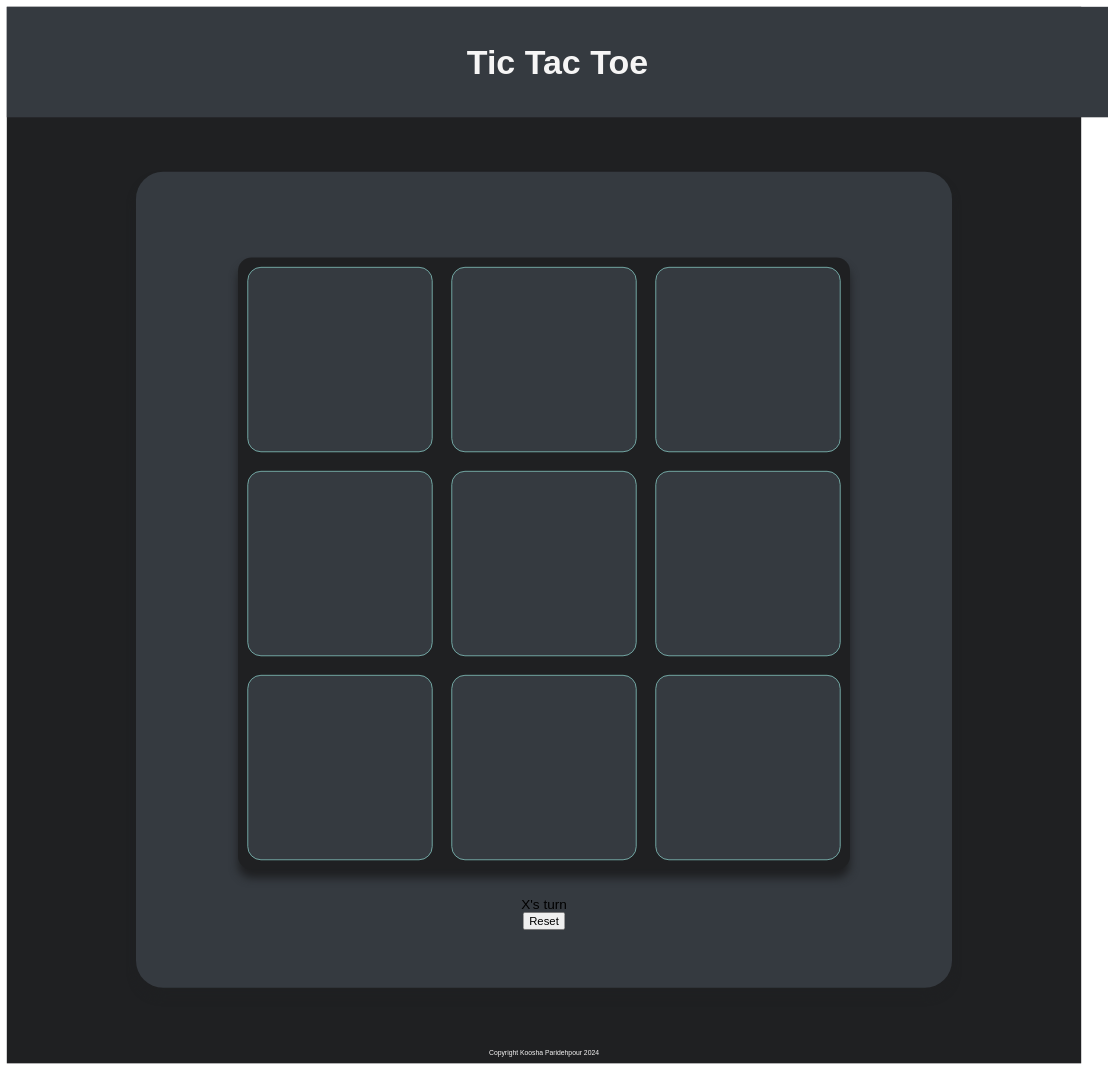
Repository: KooshaPari/odin-TTT
Page: index.html
These files come from the project's save history. The page is drawn as it stood at one moment and after the next save; the edit follows.
The browser window is 1280 px wide. The page is 1304 px wide, so the pictures cover 1304 px, including what lies to the right of the window. The pictures show the whole page, at 85% of full size.

Above is the page before, as saved 2024-03-14 22:55:32.

After the next save:
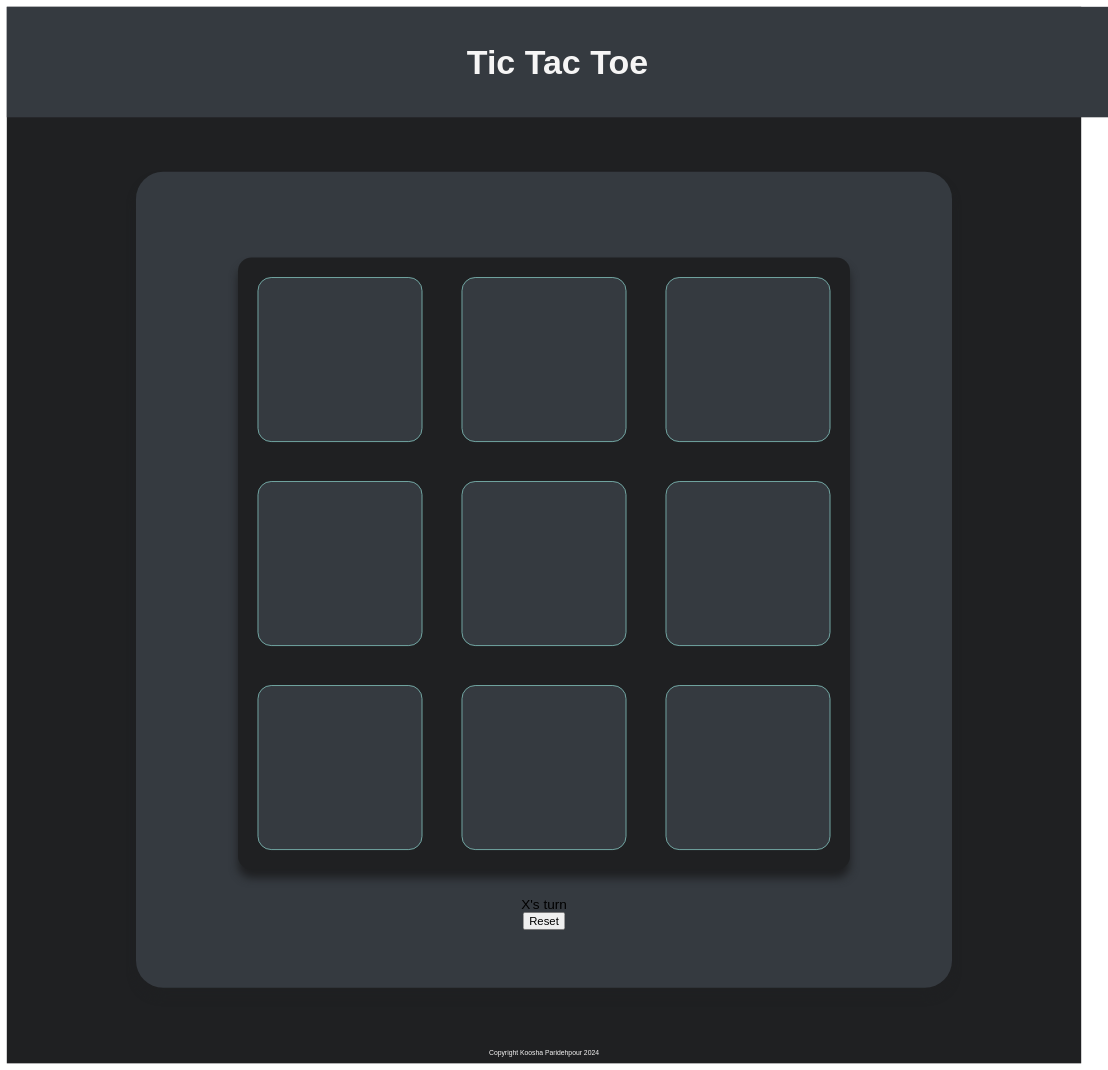
Saved 5 s later.
--- a/style.css
+++ b/style.css
@@ -105,8 +105,8 @@
 .square {
   justify-self: center;
   border: 0.1px solid #7ebab5;
-  width: 90%;
+  width: 80%;
   border-radius: 1em;
-  height: 90%;
+  height: 80%;
   background-color: #353a40;
 }
